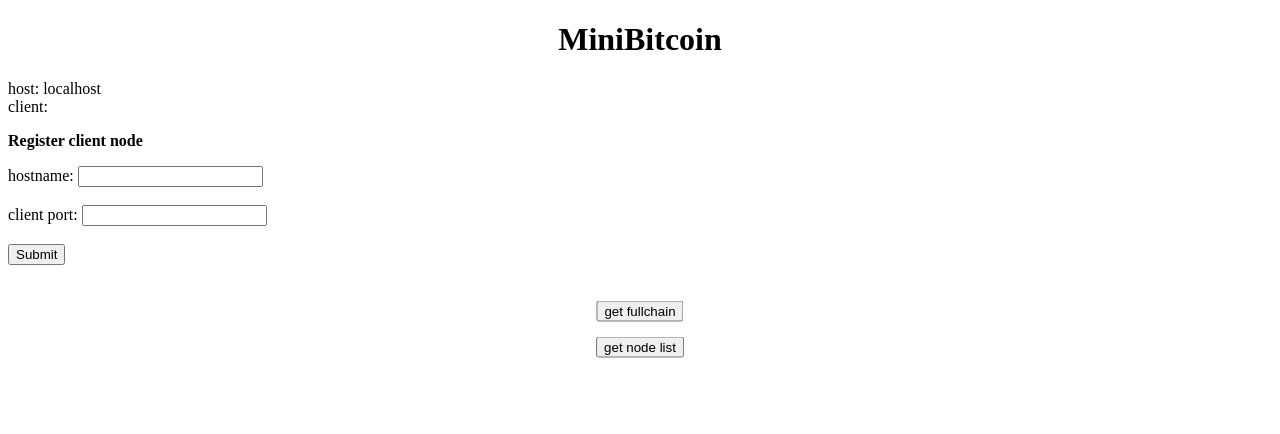
Repository: lam4562311/Minibitcoin
Page: http://localhost/
The author's editor kept a copy of each file at every save. The page is drawn from the files as they stood at one save, then again after the next save.
The browser window is 1280 px wide. The pictures show the whole page.
Some web libraries are served in a nearby version. The page is served by the project's application, run on Flask 3 (bitcoin-5003.py).

Above is the page before, as saved 2022-04-09 16:55:23.

After the next save:
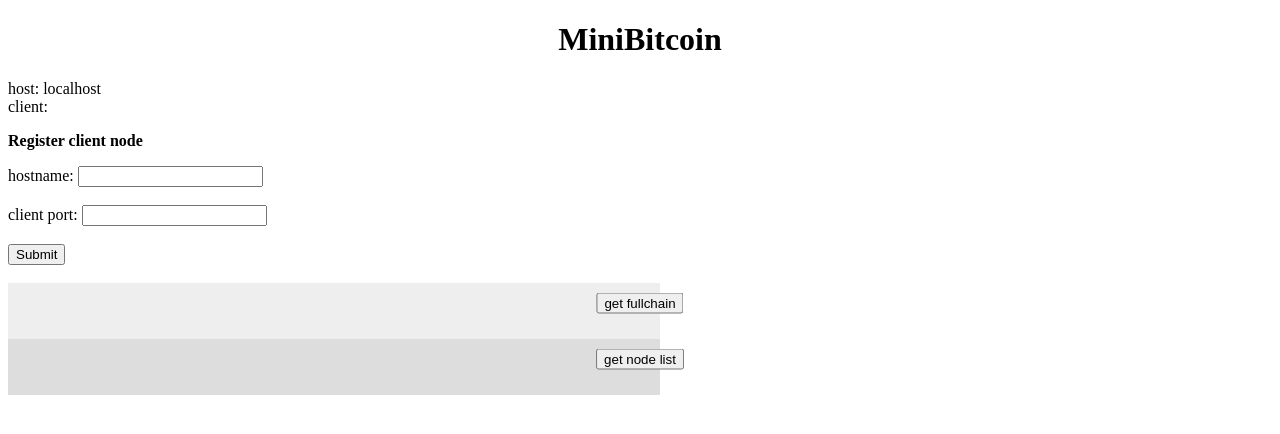
Saved 6 min 3 s later.
--- a/templates/homepage.html
+++ b/templates/homepage.html
@@ -42,18 +42,24 @@
         </form>
         <span id="register_node_span"></span>
         <br>
-        <span id="fullchain_span"></span>
-        <br>
-        <div class="center">
-            <button id="get_chain_bt">get fullchain</button>
+        <div class="row">
+            <div class="column" style="background-color:#EEEEEE">
+                    <div class="center">
+                        <button id="get_chain_bt">get fullchain</button>
+                    </div>
+                <br>
+                <span id="fullchain_span"></span>
+                <br>
+            </div>
+            <div class="column" style="background-color:#DDDDDD">
+                    <div class="center">
+                        <button id="get_node_bt">get node list</button>
+                    </div>
+                <br>
+                <span id="node_list_span"></span>
+                <br>
+            </div>
         </div>
-        <br>
-        <span id="node_list_span"></span>
-        <br>
-        <div class="center">
-            <button id="get_node_bt">get node list</button>
-        </div>
-        <br>
     <script src="//ajax.googleapis.com/ajax/libs/jquery/1.9.1/jquery.min.js"></script>
     <script src="{{url_for("static", filename="index.js")}}"></script>
     </body>
